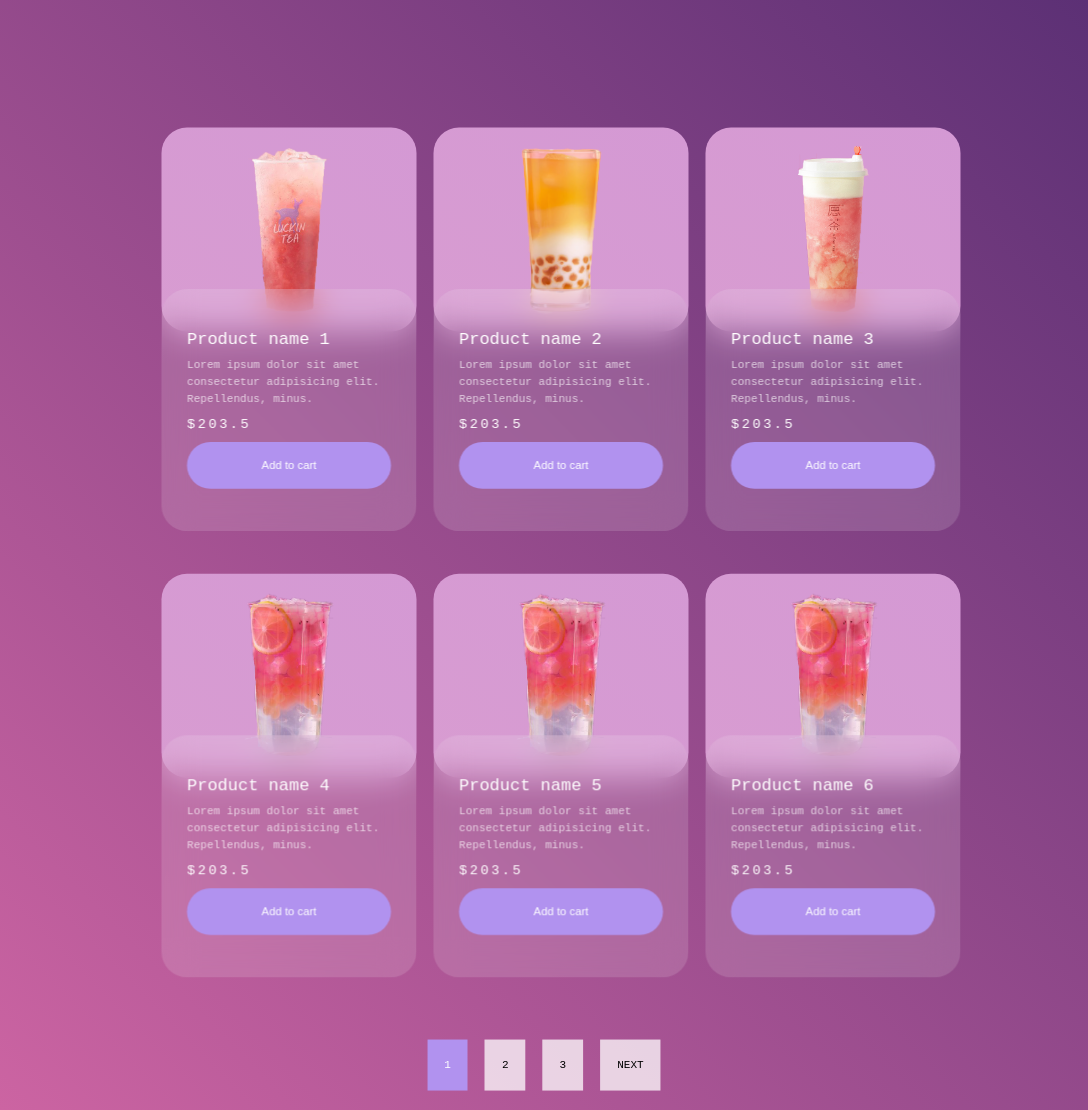
Repository: thuan711/All-about-JS
Page: 32131312-main/32131312-main/index.html
These files come from the project's save history. The page is drawn as it stood at one moment and after the next save; the edit follows.
The browser window is 1280 px wide. The pictures show the whole page, at 85% of full size.

Above is the page before, as saved 2023-01-11 01:27:37.

### 32131312-main/32131312-main/index.html
<!DOCTYPE html>
<html lang="en">
<head>
    <meta charset="UTF-8">
    <meta http-equiv="X-UA-Compatible" content="IE=edge">
    <meta name="viewport" content="width=device-width, initial-scale=1.0">
    <title>Document</title>
    <link rel="stylesheet" href="style.css">
</head>
<body>
    <div class="container">
        <div class="list">
            <div class="item">
                <div class="img">
                    <img src="img1.png">
                </div>
                <div class="content">
                    <div class="title">Product name 1</div>
                    <div class="des">
                        Lorem ipsum dolor sit amet consectetur
                         adipisicing elit. Repellendus, minus.
                    </div>
                    <div class="price">$203.5</div>
                    <button class="add">Add to cart</button>
                </div>
            </div>

            <div class="item">
                <div class="img">
                    <img src="img2.png">
                </div>
                <div class="content">
                    <div class="title">Product name 2</div>
                    <div class="des">
                        Lorem ipsum dolor sit amet consectetur
                         adipisicing elit. Repellendus, minus.
                    </div>
                    <div class="price">$203.5</div>
                    <button class="add">Add to cart</button>
                </div>
            </div>

            <div class="item">
                <div class="img">
                    <img src="img3.png">
                </div>
                <div class="content">
                    <div class="title">Product name 3</div>
                    <div class="des">
                        Lorem ipsum dolor sit amet consectetur
                         adipisicing elit. Repellendus, minus.
                    </div>
                    <div class="price">$203.5</div>
                    <button class="add">Add to cart</button>
                </div>
            </div>

            <div class="item">
                <div class="img">
                    <img src="img4.png">
                </div>
                <div class="content">
                    <div class="title">Product name 4</div>
                    <div class="des">
                        Lorem ipsum dolor sit amet consectetur
                         adipisicing elit. Repellendus, minus.
                    </div>
                    <div class="price">$203.5</div>
                    <button class="add">Add to cart</button>
                </div>
            </div>

            <div class="item">
                <div class="img">
                    <img src="img4.png">
                </div>
                <div class="content">
                    <div class="title">Product name 5</div>
                    <div class="des">
                        Lorem ipsum dolor sit amet consectetur
                         adipisicing elit. Repellendus, minus.
                    </div>
                    <div class="price">$203.5</div>
                    <button class="add">Add to cart</button>
                </div>
            </div>

            <div class="item">
                <div class="img">
                    <img src="img4.png">
                </div>
                <div class="content">
                    <div class="title">Product name 6</div>
                    <div class="des">
                        Lorem ipsum dolor sit amet consectetur
                         adipisicing elit. Repellendus, minus.
                    </div>
                    <div class="price">$203.5</div>
                    <button class="add">Add to cart</button>
                </div>
            </div>

            <div class="item">
                <div class="img">
                    <img src="img4.png">
                </div>
                <div class="content">
                    <div class="title">Product name 7</div>
                    <div class="des">
                        Lorem ipsum dolor sit amet consectetur
                         adipisicing elit. Repellendus, minus.
                    </div>
                    <div class="price">$203.5</div>
                    <button class="add">Add to cart</button>
                </div>
            </div>

            <div class="item">
                <div class="img">
                    <img src="img4.png">
                </div>
                <div class="content">
                    <div class="title">Product name 8</div>
                    <div class="des">
                        Lorem ipsum dolor sit amet consectetur
                         adipisicing elit. Repellendus, minus.
                    </div>
                    <div class="price">$203.5</div>
                    <button class="add">Add to cart</button>
                </div>
            </div>

            <div class="item">
                <div class="img">
                    <img src="img4.png">
                </div>
                <div class="content">
                    <div class="title">Product name 9</div>
                    <div class="des">
                        Lorem ipsum dolor sit amet consectetur
                         adipisicing elit. Repellendus, minus.
                    </div>
                    <div class="price">$203.5</div>
                    <button class="add">Add to cart</button>
                </div>
            </div>

            <div class="item">
                <div class="img">
                    <img src="img4.png">
                </div>
                <div class="content">
                    <div class="title">Product name 10</div>
                    <div class="des">
                        Lorem ipsum dolor sit amet consectetur
                         adipisicing elit. Repellendus, minus.
                    </div>
                    <div class="price">$203.5</div>
                    <button class="add">Add to cart</button>
                </div>
            </div>

            <div class="item">
                <div class="img">
                    <img src="img4.png">
                </div>
                <div class="content">
                    <div class="title">Product name11</div>
                    <div class="des">
                        Lorem ipsum dolor sit amet consectetur
                         adipisicing elit. Repellendus, minus.
                    </div>
                    <div class="price">$203.5</div>
                    <button class="add">Add to cart</button>
                </div>
            </div>

            <div class="item">
                <div class="img">
                    <img src="img4.png">
                </div>
                <div class="content">
                    <div class="title">Product name 12</div>
                    <div class="des">
                        Lorem ipsum dolor sit amet consectetur
                         adipisicing elit. Repellendus, minus.
                    </div>
                    <div class="price">$203.5</div>
                    <button class="add">Add to cart</button>
                </div>
            </div>

            <div class="item">
                <div class="img">
                    <img src="img4.png">
                </div>
                <div class="content">
                    <div class="title">Product name 13</div>
                    <div class="des">
                        Lorem ipsum dolor sit amet consectetur
                         adipisicing elit. Repellendus, minus.
                    </div>
                    <div class="price">$203.5</div>
                    <button class="add">Add to cart</button>
                </div>
            </div>

            <div class="item">
                <div class="img">
                    <img src="img4.png">
                </div>
                <div class="content">
                    <div class="title">Product name 14</div>
                    <div class="des">
                        Lorem ipsum dolor sit amet consectetur
                         adipisicing elit. Repellendus, minus.
                    </div>
                    <div class="price">$203.5</div>
                    <button class="add">Add to cart</button>
                </div>
            </div>

            <div class="item">
                <div class="img">
                    <img src="img4.png">
                </div>
                <div class="content">
                    <div class="title">Product name 15</div>
                    <div class="des">
                        Lorem ipsum dolor sit amet consectetur
                         adipisicing elit. Repellendus, minus.
                    </div>
                    <div class="price">$203.5</div>
                    <button class="add">Add to cart</button>
                </div>
            </div>

            <div class="item">
                <div class="img">
                    <img src="img4.png">
                </div>
                <div class="content">
                    <div class="title">Product name 16</div>
                    <div class="des">
                        Lorem ipsum dolor sit amet consectetur
                         adipisicing elit. Repellendus, minus.
                    </div>
                    <div class="price">$203.5</div>
                    <button class="add">Add to cart</button>
                </div>
            </div>

            <div class="item">
                <div class="img">
                    <img src="img4.png">
                </div>
                <div class="content">
                    <div class="title">Product name 17</div>
                    <div class="des">
                        Lorem ipsum dolor sit amet consectetur
                         adipisicing elit. Repellendus, minus.
                    </div>
                    <div class="price">$203.5</div>
                    <button class="add">Add to cart</button>
                </div>
            </div>

            <div class="item">
                <div class="img">
                    <img src="img4.png">
                </div>
                <div class="content">
                    <div class="title">Product name 18</div>
                    <div class="des">
                        Lorem ipsum dolor sit amet consectetur
                         adipisicing elit. Repellendus, minus.
                    </div>
                    <div class="price">$203.5</div>
                    <button class="add">Add to cart</button>
                </div>
            </div>


        </div>
        <ul class="listPage">

        </ul>
    </div>

    <script src="script.js"></script>
</body>
</html>

### 32131312-main/32131312-main/style.css
body{
    background-image: linear-gradient(to top right,
        #CC64A2, #5C3075
    );
    min-height: 100vh;
    line-height: 20px;
    font-family: monospace;
}
.container{
    width:900px;
    margin:150px auto 0;
}
.list{
    display: grid;
    grid-template-columns: 300px 300px 300px;
    column-gap: 20px;
}
.item .img img{
    height:200px;
    transition: 0.5s;
}
.item .img{
    background-image: linear-gradient(to top right,
        #D89CD1, #D499D4
    );
    padding:20px;
    display: flex;
    justify-content: center;
    align-items: center;
    border-radius: 30px;
}
.item .content{
    background-color: #ffffff24;
    border-radius: 30px;
    padding:50px 30px;
    transform: translate(0,-50px);
    backdrop-filter: blur(20px);
    color:#fff;
}
.title{
    font-size: x-large;
}
.item .content .des{
    opacity: .7;
    margin:10px 0;
}
.item .content .price{
    font-size: large;
    letter-spacing: 3px;
    margin-bottom:10px;
}
.item .content .add{
    background-color: #B192EF;
    padding:20px;
    color:#fff;
    width:100%;
    border:none;
    border-radius: 30px;
}
.item:hover img{
    transform: translate(0,-50px);
}
.listPage{
    padding:10px;
    text-align: center;
    list-style: none;
}
.listPage li{
    background-color: #ffffffBD;
    padding:20px;
    display: inline-block;
    margin:0 10px;
    cursor: pointer;
}
.listPage .active{
    background-color: #B192EF;
    color:#fff;
}

### 32131312-main/32131312-main/script.js
let thisPage = 1;
let limit = 6;
let list = document.querySelectorAll('.list .item');

function loadItem(){
    let beginGet = limit * (thisPage - 1);
    let endGet = limit * thisPage - 1;
    list.forEach((item, key)=>{
        if(key >= beginGet && key <= endGet){
            item.style.display = 'block';
        }else{
            item.style.display = 'none';
        }
    })
    listPage();
}
loadItem();
function listPage(){
    let count = Math.ceil(list.length / limit);
    document.querySelector('.listPage').innerHTML = '';

    if(thisPage != 1){
        let prev = document.createElement('li');
        prev.innerText = 'PREV';
        prev.setAttribute('onclick', "changePage(" + (thisPage - 1) + ")");
        document.querySelector('.listPage').appendChild(prev);
    }

    for(i = 1; i <= count; i++){
        let newPage = document.createElement('li');
        newPage.innerText = i;
        if(i == thisPage){
            newPage.classList.add('active');
        }
        newPage.setAttribute('onclick', "changePage(" + i + ")");
        document.querySelector('.listPage').appendChild(newPage);
    }

    if(thisPage != count){
        let next = document.createElement('li');
        next.innerText = 'NEXT';
        next.setAttribute('onclick', "changePage(" + (thisPage + 1) + ")");
        document.querySelector('.listPage').appendChild(next);
    }
}
function changePage(i){
    thisPage = i;
    loadItem();
}

After the next save:
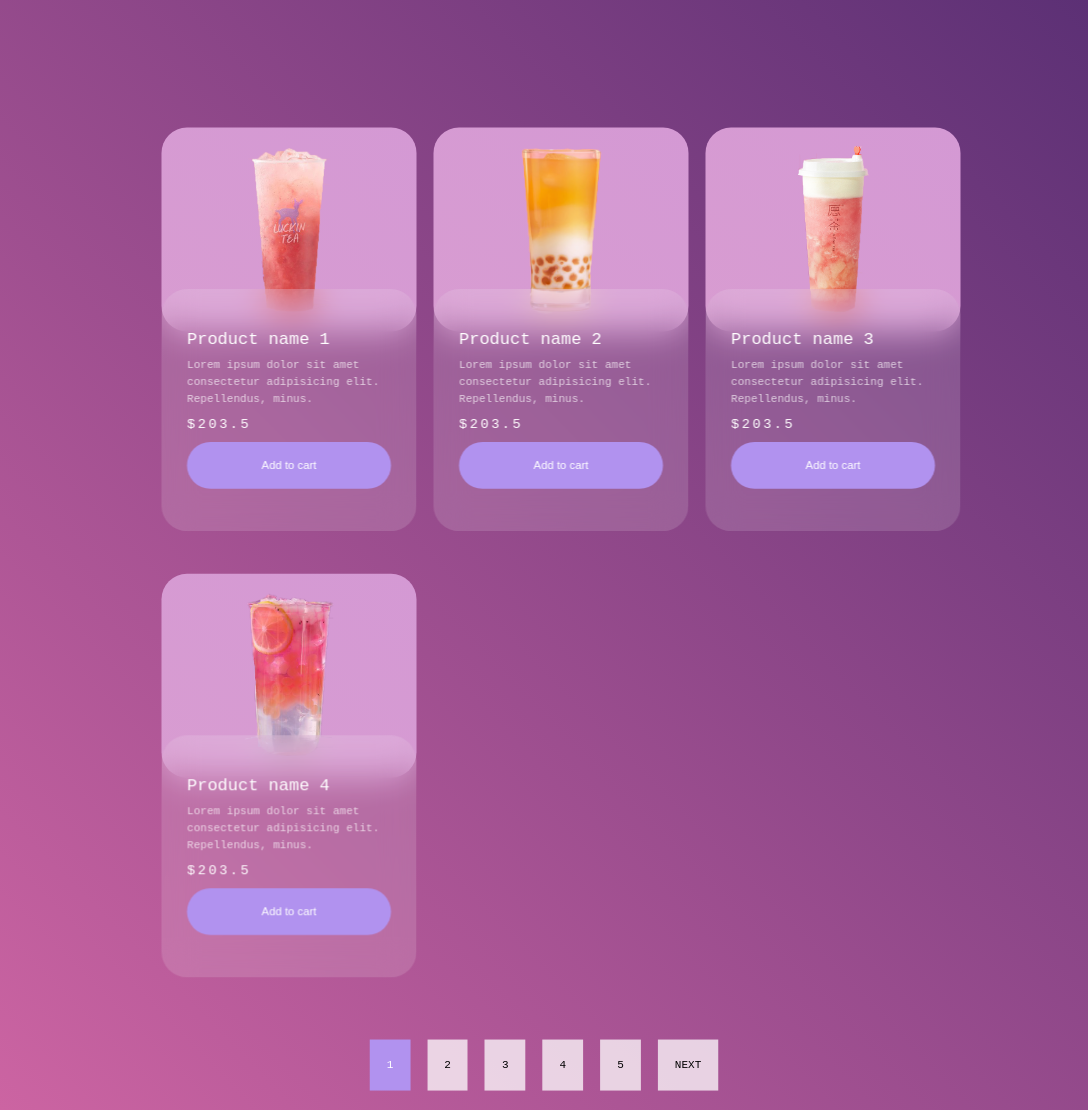
Saved 73 s later.
--- a/32131312-main/32131312-main/script.js
+++ b/32131312-main/32131312-main/script.js
@@ -1,5 +1,5 @@
 let thisPage = 1;
-let limit = 6;
+let limit = 4;
 let list = document.querySelectorAll('.list .item');
 
 function loadItem(){
